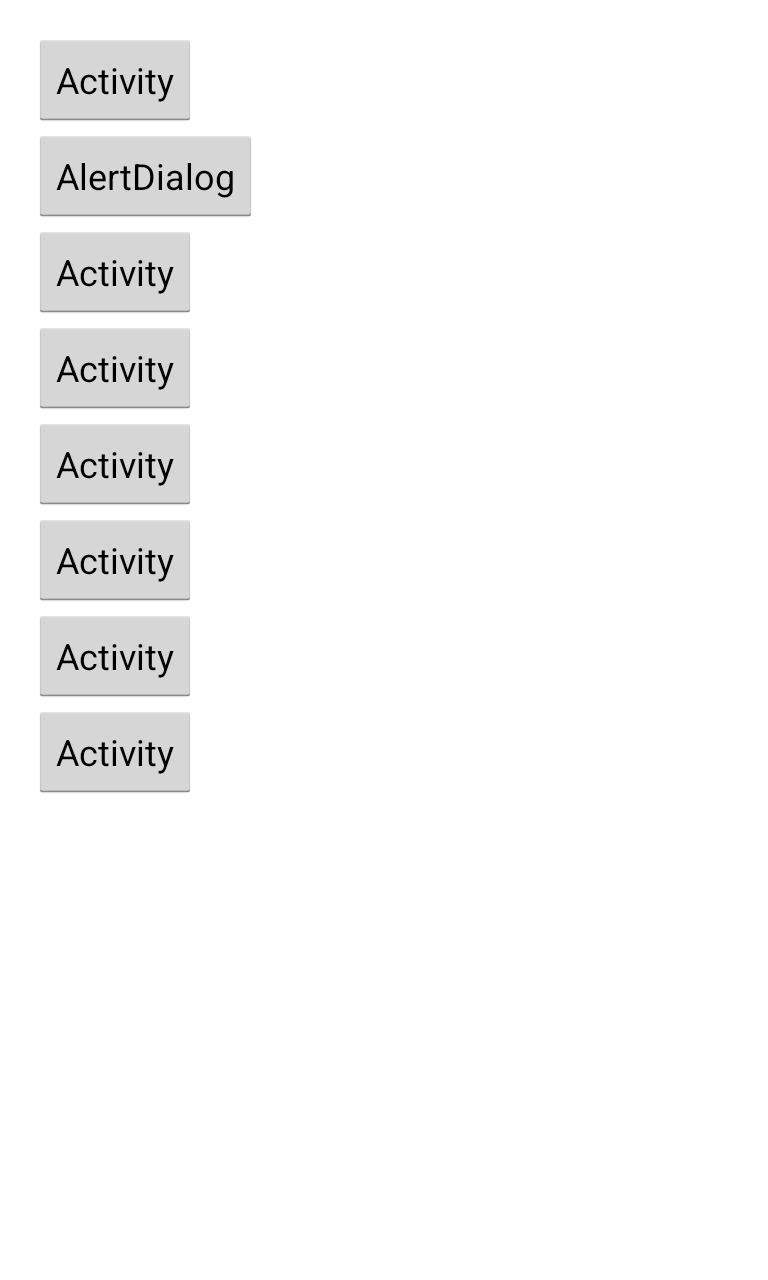
Repository: felipemfp/android-workspace
Layout: Aula05/res/layout/activity_main.xml
These files come from the project's save history. The layout is drawn as it stood at one moment and after the next save; the edit follows.
It is drawn on a 768 x 1280 px phone screen (xhdpi) without system bars, with theme AppTheme; the app's code is not run.

Above is the layout before, as saved 2015-12-15 11:54:09.

### Aula05/res/layout/activity_main.xml
<LinearLayout xmlns:android="http://schemas.android.com/apk/res/android"
    xmlns:tools="http://schemas.android.com/tools"
    android:layout_width="match_parent"
    android:layout_height="match_parent"
    android:orientation="vertical"
    android:paddingBottom="@dimen/activity_vertical_margin"
    android:paddingLeft="@dimen/activity_horizontal_margin"
    android:paddingRight="@dimen/activity_horizontal_margin"
    android:paddingTop="@dimen/activity_vertical_margin"
    tools:context=".MainActivity" >

   	<Button
   	    android:layout_width="wrap_content"
   	    android:layout_height="wrap_content"
   	    android:text="Activity"
   	   	android:id="@+id/btnActivity"/>


   	<Button
   	    android:layout_width="wrap_content"
   	    android:layout_height="wrap_content"
   	    android:text="AlertDialog"
   	   	android:id="@+id/btnDialog1"/>


   	<Button
   	    android:layout_width="wrap_content"
   	    android:layout_height="wrap_content"
   	    android:text="Activity"
   	   	android:id="@+id/btnDialog2"/>

   	<Button
   	    android:layout_width="wrap_content"
   	    android:layout_height="wrap_content"
   	    android:text="Activity"
   	   	android:id="@+id/btnDialog3"/>

   	<Button
   	    android:layout_width="wrap_content"
   	    android:layout_height="wrap_content"
   	    android:text="Activity"
   	   	android:id="@+id/btnDialog4"/>

   	<Button
   	    android:layout_width="wrap_content"
   	    android:layout_height="wrap_content"
   	    android:text="Activity"
   	   	android:id="@+id/btnDialog5"/>

   	<Button
   	    android:layout_width="wrap_content"
   	    android:layout_height="wrap_content"
   	    android:text="Activity"
   	   	android:id="@+id/btnDialog6"/>


   	<Button
   	    android:layout_width="wrap_content"
   	    android:layout_height="wrap_content"
   	    android:text="Activity"
   	   	android:id="@+id/btnDialog7"/>

</LinearLayout>

Loaded but not shown: Aula05/res/values/styles.xml (common file); Aula05/res/values-v11/styles.xml (common file); Aula05/res/values-v14/styles.xml (common file); Aula05/res/values/dimens.xml (common file)

After the next save:
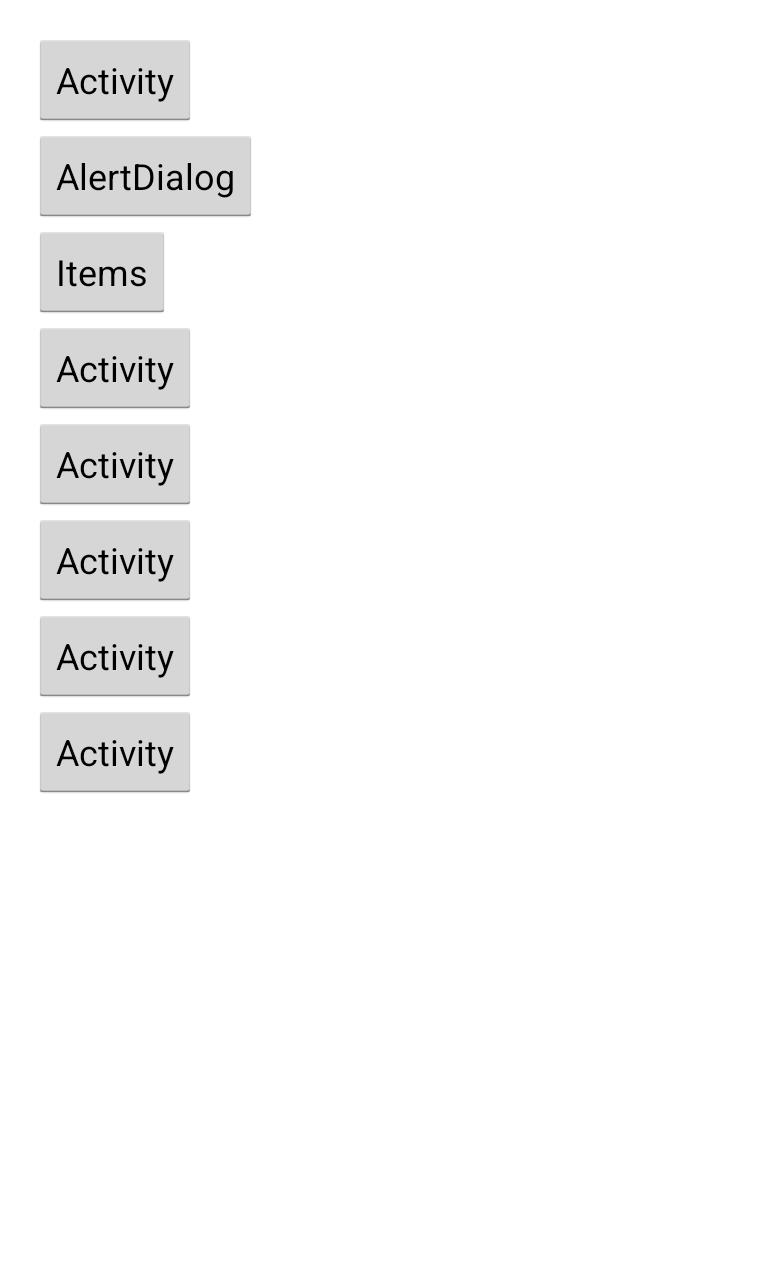
Saved 15 s later.
--- a/Aula05/res/layout/activity_main.xml
+++ b/Aula05/res/layout/activity_main.xml
@@ -26,7 +26,7 @@
    	<Button
    	    android:layout_width="wrap_content"
    	    android:layout_height="wrap_content"
-   	    android:text="Activity"
+   	    android:text="Items"
    	   	android:id="@+id/btnDialog2"/>
 
    	<Button
